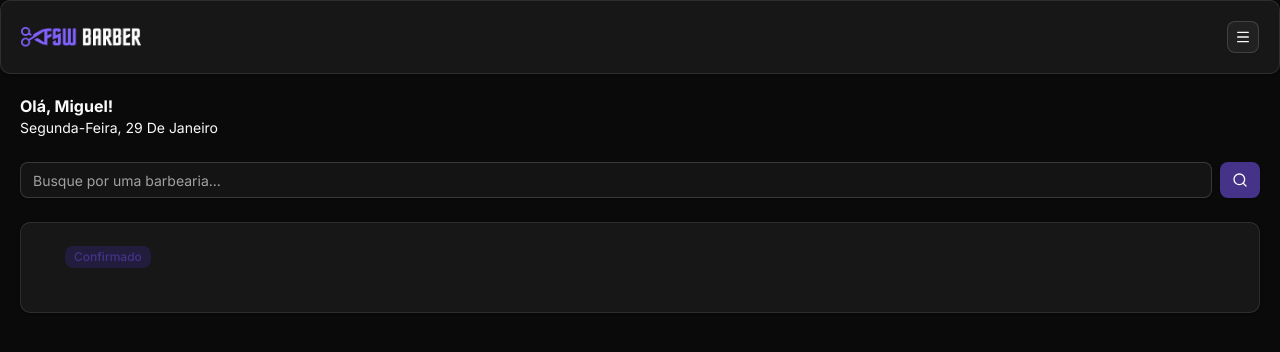
Repository: PaulinhoMachadooo/Barber
Page: /
An editor plug-in stored every save of this project. The page is shown before and after the next save, followed by the edit.
The browser window is 1280 px wide. The pictures show the whole page.
The project was rebuilt for these pictures with package versions that can differ from the ones it lists, and the page was loaded fresh each time. The framework's server and built-in components were replaced by stand-ins that run in the browser. Also part of the build but not shown: next.config.ts.

Above is the page before, as saved 2025-04-13 18:28:17.

### app/layout.tsx
import type { Metadata } from "next";
import { Inter } from "next/font/google";
import "./globals.css";


const inter = Inter({ subsets: ["latin"] });

export const metadata: Metadata = {
  title: "Create Next App",
  description: "Generated by create next app",
};

export default function RootLayout({
  children,
}: Readonly<{
  children: React.ReactNode;
}>) {
  return (
    <html lang="en">
      <body className={`${inter.className} dark`}>
        {children}

      </body>
    </html>
  );
}

### app/(home)/page.tsx
// eslint-disable-next-line @typescript-eslint/no-unused-vars
import Image from "next/image";
import Header from "../_components/header";
import { format } from "date-fns";
import { ptBR } from "date-fns/locale";
import Search from "./_components/search";
import BookingItem from "../_components/booking-item";


export default function Home() {
  return (
    <div>
      <Header />

        <div className="px-5 pt-5">
          <h2 className="tex-xl font-bold">Olá, Miguel!</h2>
          <p className="capitalize text-sm">
            {format(new Date(), "EEEE',' dd 'de' MMMM", {
                locale: ptBR,
            })}
          </p>
        </div>

        <div className="px-5 mt-6">
          <Search />
        </div>

        <div className="px-5 mt-6">
            <BookingItem />
        </div>
    </div>
  );
}

### app/globals.css
@import "tailwindcss";
@import "tw-animate-css";

@custom-variant dark (&:is(.dark *));

@theme inline {
  --color-background: var(--background);
  --color-foreground: var(--foreground);
  --font-sans: var(--font-geist-sans);
  --font-mono: var(--font-geist-mono);
  --color-sidebar-ring: var(--sidebar-ring);
  --color-sidebar-border: var(--sidebar-border);
  --color-sidebar-accent-foreground: var(--sidebar-accent-foreground);
  --color-sidebar-accent: var(--sidebar-accent);
  --color-sidebar-primary-foreground: var(--sidebar-primary-foreground);
  --color-sidebar-primary: var(--sidebar-primary);
  --color-sidebar-foreground: var(--sidebar-foreground);
  --color-sidebar: var(--sidebar);
  --color-chart-5: var(--chart-5);
  --color-chart-4: var(--chart-4);
  --color-chart-3: var(--chart-3);
  --color-chart-2: var(--chart-2);
  --color-chart-1: var(--chart-1);
  --color-ring: var(--ring);
  --color-input: var(--input);
  --color-border: var(--border);
  --color-destructive: var(--destructive);
  --color-accent-foreground: var(--accent-foreground);
  --color-accent: var(--accent);
  --color-muted-foreground: var(--muted-foreground);
  --color-muted: var(--muted);
  --color-secondary-foreground: var(--secondary-foreground);
  --color-secondary: var(--secondary);
  --color-primary-foreground: var(--primary-foreground);
  --color-primary: var(--primary);
  --color-popover-foreground: var(--popover-foreground);
  --color-popover: var(--popover);
  --color-card-foreground: var(--card-foreground);
  --color-card: var(--card);
  --radius-sm: calc(var(--radius) - 4px);
  --radius-md: calc(var(--radius) - 2px);
  --radius-lg: var(--radius);
  --radius-xl: calc(var(--radius) + 4px);
}

:root {
  --radius: 0.625rem;
  --background: oklch(1 0 0);
  --foreground: oklch(0.145 0 0);
  --card: oklch(1 0 0);
  --card-foreground: oklch(0.145 0 0);
  --popover: oklch(1 0 0);
  --popover-foreground: oklch(0.145 0 0);
  --primary: oklch(0.205 0 0);
  --primary-foreground: oklch(0.985 0 0);
  --secondary: oklch(0.97 0 0);
  --secondary-foreground: oklch(0.205 0 0);
  --muted: oklch(0.97 0 0);
  --muted-foreground: oklch(0.556 0 0);
  --accent: oklch(0.97 0 0);
  --accent-foreground: oklch(0.205 0 0);
  --destructive: oklch(0.577 0.245 27.325);
  --border: oklch(0.922 0 0);
  --input: oklch(0.922 0 0);
  --ring: oklch(0.708 0 0);
  --chart-1: oklch(0.646 0.222 41.116);
  --chart-2: oklch(0.6 0.118 184.704);
  --chart-3: oklch(0.398 0.07 227.392);
  --chart-4: oklch(0.828 0.189 84.429);
  --chart-5: oklch(0.769 0.188 70.08);
  --sidebar: oklch(0.985 0 0);
  --sidebar-foreground: oklch(0.145 0 0);
  --sidebar-primary: oklch(0.205 0 0);
  --sidebar-primary-foreground: oklch(0.985 0 0);
  --sidebar-accent: oklch(0.97 0 0);
  --sidebar-accent-foreground: oklch(0.205 0 0);
  --sidebar-border: oklch(0.922 0 0);
  --sidebar-ring: oklch(0.708 0 0);
}

.dark {
  --background: oklch(0.145 0 0);
  --foreground: oklch(0.985 0 0);
  --card: oklch(0.205 0 0);
  --card-foreground: oklch(0.985 0 0);
  --popover: oklch(0.205 0 0);
  --popover-foreground: oklch(0.985 0 0);
  --primary: oklch(0.39 0.1349 287.34);
  --primary-foreground: oklch(0.985 0 0);
  --secondary: oklch(0.269 0 0);
  --secondary-foreground: oklch(0.985 0 0);
  --muted: oklch(0.269 0 0);
  --muted-foreground: oklch(0.708 0 0);
  --accent: oklch(0.269 0 0);
  --accent-foreground: oklch(0.985 0 0);
  --destructive: oklch(0.704 0.191 22.216);
  --border: oklch(1 0 0 / 10%);
  --input: oklch(1 0 0 / 15%);
  --ring: oklch(0.556 0 0);
  --chart-1: oklch(0.488 0.243 264.376);
  --chart-2: oklch(0.696 0.17 162.48);
  --chart-3: oklch(0.769 0.188 70.08);
  --chart-4: oklch(0.627 0.265 303.9);
  --chart-5: oklch(0.645 0.246 16.439);
  --sidebar: oklch(0.205 0 0);
  --sidebar-foreground: oklch(0.985 0 0);
  --sidebar-primary: oklch(0.488 0.243 264.376);
  --sidebar-primary-foreground: oklch(0.985 0 0);
  --sidebar-accent: oklch(0.269 0 0);
  --sidebar-accent-foreground: oklch(0.985 0 0);
  --sidebar-border: oklch(1 0 0 / 10%);
  --sidebar-ring: oklch(0.556 0 0);
}

@layer base {
  * {
    @apply border-border outline-ring/50;
  }
  body {
    @apply bg-background text-foreground;
  }
}

### app/_components/header.tsx
import Image from "next/image";
import { Card, CardContent } from "./ui/card"
import { Button } from "@/app/_components/ui/button";
import { MenuIcon } from "lucide-react";

const Header = () => {
    return (
        <Card>
            <CardContent className="p-5 justify-between items-center flex flex-row" >
                 <Image src="/logo.png" alt="FSW Barber" height={18} width={120} />
                 <Button variant="outline" size="icon" className="h-8 w-8">
                    <MenuIcon size={16} />
                 </Button>
            </CardContent>
        </Card>
     );
}

export default Header;

### app/(home)/_components/search.tsx
"use client";

import { Button } from "@/app/_components/ui/button";
import { Input } from "@/app/_components/ui/input";
import { SearchIcon } from "lucide-react";

const Search = () => {
    return (
        <div className="flex items-center gap-2">
           <Input placeholder="Busque por uma barbearia..."/>
           <Button variant="default" >
                <SearchIcon size={20} />
           </Button>
        </div>
     );
};

export default Search;

### app/_components/booking-item.tsx
import { Badge } from "./ui/badge";
import { Card, CardContent } from "./ui/card";


const  BookingItem = () => {
    return (
        <Card>
            <CardContent>
                <div className="p-5">
                    <Badge className="bg-[#221C3D] text-primary">Confirmado</Badge>
                </div>
            </CardContent>
        </Card>

     );
}




export default BookingItem;

### app/_components/ui/card.tsx
import * as React from "react"

import { cn } from "@/app/_lib/utils"

const Card = React.forwardRef<
  HTMLDivElement,
  React.HTMLAttributes<HTMLDivElement>
>(({ className, ...props }, ref) => (
  <div
    ref={ref}
    className={cn(
      "rounded-lg border bg-card text-card-foreground shadow-sm",
      className
    )}
    {...props}
  />
))
Card.displayName = "Card"

const CardHeader = React.forwardRef<
  HTMLDivElement,
  React.HTMLAttributes<HTMLDivElement>
>(({ className, ...props }, ref) => (
  <div
    ref={ref}
    className={cn("flex flex-col space-y-1.5 p-6", className)}
    {...props}
  />
))
CardHeader.displayName = "CardHeader"

const CardTitle = React.forwardRef<
  HTMLParagraphElement,
  React.HTMLAttributes<HTMLHeadingElement>
>(({ className, ...props }, ref) => (
  <h3
    ref={ref}
    className={cn(
      "text-2xl font-semibold leading-none tracking-tight",
      className
    )}
    {...props}
  />
))
CardTitle.displayName = "CardTitle"

const CardDescription = React.forwardRef<
  HTMLParagraphElement,
  React.HTMLAttributes<HTMLParagraphElement>
>(({ className, ...props }, ref) => (
  <p
    ref={ref}
    className={cn("text-sm text-muted-foreground", className)}
    {...props}
  />
))
CardDescription.displayName = "CardDescription"

const CardContent = React.forwardRef<
  HTMLDivElement,
  React.HTMLAttributes<HTMLDivElement>
>(({ className, ...props }, ref) => (
  <div ref={ref} className={cn("p-6 pt-0", className)} {...props} />
))
CardContent.displayName = "CardContent"

const CardFooter = React.forwardRef<
  HTMLDivElement,
  React.HTMLAttributes<HTMLDivElement>
>(({ className, ...props }, ref) => (
  <div
    ref={ref}
    className={cn("flex items-center p-6 pt-0", className)}
    {...props}
  />
))
CardFooter.displayName = "CardFooter"

export { Card, CardHeader, CardFooter, CardTitle, CardDescription, CardContent }

### app/_components/ui/button.tsx
import * as React from "react"
import { Slot } from "@radix-ui/react-slot"
import { cva, type VariantProps } from "class-variance-authority"

import { cn } from "@/app/_lib/utils"

const buttonVariants = cva(
  "inline-flex items-center justify-center gap-2 whitespace-nowrap rounded-md text-sm font-medium transition-all disabled:pointer-events-none disabled:opacity-50 [&_svg]:pointer-events-none [&_svg:not([class*='size-'])]:size-4 shrink-0 [&_svg]:shrink-0 outline-none focus-visible:border-ring focus-visible:ring-ring/50 focus-visible:ring-[3px] aria-invalid:ring-destructive/20 dark:aria-invalid:ring-destructive/40 aria-invalid:border-destructive",
  {
    variants: {
      variant: {
        default:
          "bg-primary text-primary-foreground shadow-xs hover:bg-primary/90",
        destructive:
          "bg-destructive text-white shadow-xs hover:bg-destructive/90 focus-visible:ring-destructive/20 dark:focus-visible:ring-destructive/40 dark:bg-destructive/60",
        outline:
          "border bg-background shadow-xs hover:bg-accent hover:text-accent-foreground dark:bg-input/30 dark:border-input dark:hover:bg-input/50",
        secondary:
          "bg-secondary text-secondary-foreground shadow-xs hover:bg-secondary/80",
        ghost:
          "hover:bg-accent hover:text-accent-foreground dark:hover:bg-accent/50",
        link: "text-primary underline-offset-4 hover:underline",
      },
      size: {
        default: "h-9 px-4 py-2 has-[>svg]:px-3",
        sm: "h-8 rounded-md gap-1.5 px-3 has-[>svg]:px-2.5",
        lg: "h-10 rounded-md px-6 has-[>svg]:px-4",
        icon: "size-9",
      },
    },
    defaultVariants: {
      variant: "default",
      size: "default",
    },
  }
)

function Button({
  className,
  variant,
  size,
  asChild = false,
  ...props
}: React.ComponentProps<"button"> &
  VariantProps<typeof buttonVariants> & {
    asChild?: boolean
  }) {
  const Comp = asChild ? Slot : "button"

  return (
    <Comp
      data-slot="button"
      className={cn(buttonVariants({ variant, size, className }))}
      {...props}
    />
  )
}

export { Button, buttonVariants }

### app/_components/ui/input.tsx
import * as React from "react"

import { cn } from "@/app/_lib/utils"

function Input({ className, type, ...props }: React.ComponentProps<"input">) {
  return (
    <input
      type={type}
      data-slot="input"
      className={cn(
        "file:text-foreground placeholder:text-muted-foreground selection:bg-primary selection:text-primary-foreground dark:bg-input/30 border-input flex h-9 w-full min-w-0 rounded-md border bg-transparent px-3 py-1 text-base shadow-xs transition-[color,box-shadow] outline-none file:inline-flex file:h-7 file:border-0 file:bg-transparent file:text-sm file:font-medium disabled:pointer-events-none disabled:cursor-not-allowed disabled:opacity-50 md:text-sm",
        "focus-visible:border-ring focus-visible:ring-ring/50 focus-visible:ring-[3px]",
        "aria-invalid:ring-destructive/20 dark:aria-invalid:ring-destructive/40 aria-invalid:border-destructive",
        className
      )}
      {...props}
    />
  )
}

export { Input }

### app/_components/ui/badge.tsx
import * as React from "react"
import { Slot } from "@radix-ui/react-slot"
import { cva, type VariantProps } from "class-variance-authority"

import { cn } from "@/app/_lib/utils"

const badgeVariants = cva(
  "inline-flex items-center justify-center rounded-md border px-2 py-0.5 text-xs font-medium w-fit whitespace-nowrap shrink-0 [&>svg]:size-3 gap-1 [&>svg]:pointer-events-none focus-visible:border-ring focus-visible:ring-ring/50 focus-visible:ring-[3px] aria-invalid:ring-destructive/20 dark:aria-invalid:ring-destructive/40 aria-invalid:border-destructive transition-[color,box-shadow] overflow-hidden",
  {
    variants: {
      variant: {
        default:
          "border-transparent bg-primary text-primary-foreground [a&]:hover:bg-primary/90",
        secondary:
          "border-transparent bg-secondary text-secondary-foreground [a&]:hover:bg-secondary/90",
        destructive:
          "border-transparent bg-destructive text-white [a&]:hover:bg-destructive/90 focus-visible:ring-destructive/20 dark:focus-visible:ring-destructive/40 dark:bg-destructive/60",
        outline:
          "text-foreground [a&]:hover:bg-accent [a&]:hover:text-accent-foreground",
      },
    },
    defaultVariants: {
      variant: "default",
    },
  }
)

function Badge({
  className,
  variant,
  asChild = false,
  ...props
}: React.ComponentProps<"span"> &
  VariantProps<typeof badgeVariants> & { asChild?: boolean }) {
  const Comp = asChild ? Slot : "span"

  return (
    <Comp
      data-slot="badge"
      className={cn(badgeVariants({ variant }), className)}
      {...props}
    />
  )
}

export { Badge, badgeVariants }

Loaded but not shown: app/_lib/utils.ts (common file)

After the next save:
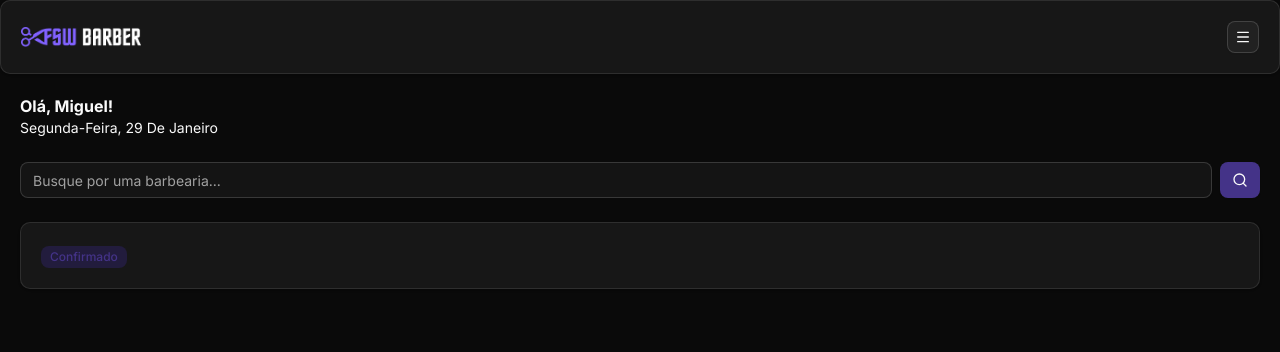
Saved 111 s later.
--- a/app/_components/booking-item.tsx
+++ b/app/_components/booking-item.tsx
@@ -5,8 +5,8 @@ import { Card, CardContent } from "./ui/card";
 const  BookingItem = () => {
     return (
         <Card>
-            <CardContent>
-                <div className="p-5">
+            <CardContent className="p-5">
+                <div >
                     <Badge className="bg-[#221C3D] text-primary">Confirmado</Badge>
                 </div>
             </CardContent>
